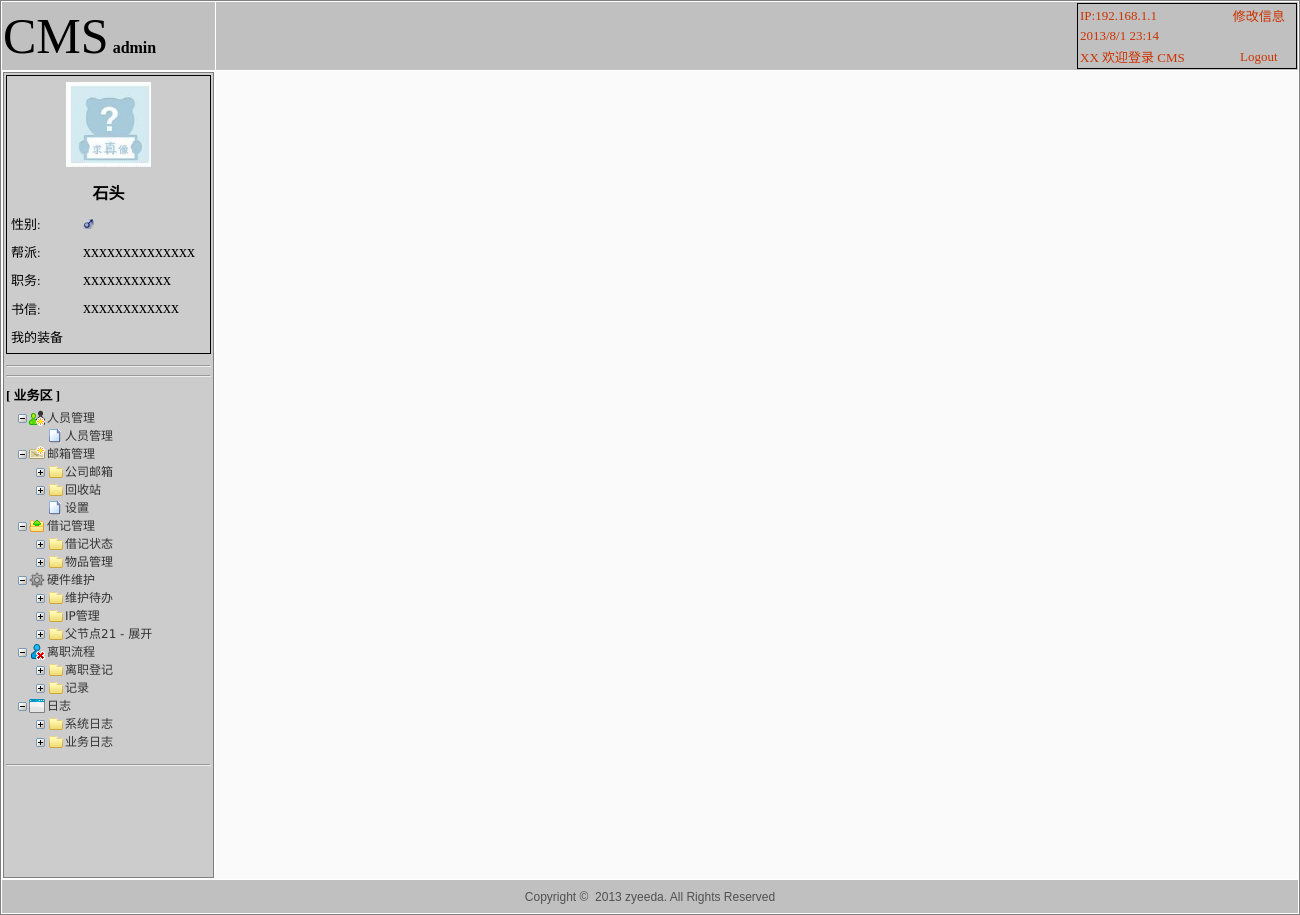
Repository: 728064001/MyProject
Page: http://localhost/CMS/admin.jsp
An editor plug-in stored every save of this project. The page is shown before and after the next save, followed by the edit.
The browser window is 1280 px wide. The page is 1300 px wide, so the pictures cover 1300 px, including what lies to the right of the window. The pictures show the whole page.
The page is served by Tomcat 9. Other server files are loaded and not shown.

Above is the page before, as saved 2013-08-02 08:51:42.

### cms-server-code/CMS/WebRoot/admin.jsp
<%@ page language="java" import="java.util.*" pageEncoding="UTF-8"%>
<%
String path = request.getContextPath();
String basePath = request.getScheme()+"://"+request.getServerName()+":"+request.getServerPort()+path+"/";
%>

<!DOCTYPE HTML PUBLIC "-//W3C//DTD HTML 4.01 Transitional//EN">
<html>
  <head>
    <base href="<%=basePath%>">

    <title>cms admin</title>

	<meta http-equiv="pragma" content="no-cache">
	<meta http-equiv="cache-control" content="no-cache">
	<meta http-equiv="expires" content="0">
	<meta http-equiv="keywords" content="keyword1,keyword2,keyword3">
	<meta http-equiv="description" content="This is my page">
	<!--
	<link rel="stylesheet" type="text/css" href="styles.css">
	-->
	<link rel="stylesheet" href="css/zTreeStyle/zTreeStyle.css" />
	<link rel="stylesheet" href="css/admin.css" />
	<script type="text/javascript" src="js/jquery-1.10.1.js"></script>
	<script type="text/javascript" src="js/jquery.ztree.core-3.5.js"></script>
	<script type="text/javascript" src="js/jquery.ztree.excheck-3.5.js"></script>
	<script type="text/javascript" src="js/jquery.ztree.exedit-3.5.js"></script>
	<script type="text/javascript" src="js/admin.js"></script>
</head>

<body>
<table align="center" cellspacing="1" class="admin-main-tab-style" style="width: 1300px; height: 900px">
	<tr bgcolor="#C0C0C0">
		<td class="admin-main-tab-td-style" style="height: 17px; width: 211px">
		<span class="admin-main-tab-td-logo-style">CMS</span> <span class="admin-main-tab-td-admins-style"><strong>admin</strong></span></td>
		<td class="admin-child-tab-td-null-style" style="height: 17px">
		<table cellspacing="1" class="admin-child-tab-style" style="width: 220px; height: 100%">
			<tr>
				<td>IP:192.168.1.1</td>
				<td class="admin-child-tab-td-welcome-style">修改信息</td>
			</tr>
			<tr>
				<td>2013/8/1 23:14</td>
				<td>&nbsp;</td>
			</tr>
			<tr>
				<td>XX 欢迎登录 CMS</td>
				<td class="admin-child-tab-td-welcome-style">Logout</td>
			</tr>
		</table>
		</td>
	</tr>
	<tr>
		<td style="width: 211px; height: 808px;" align="left" valign="top">
		<table cellspacing="1" class="style8" style="width: 100%; height: 100%">
			<tr>
				<td align="left" style="height: 281px" valign="top">
				<table cellspacing="1" class="style9" style="width: 100%; height: 100%">
					<tr>
						<td class="admin-child-tab-td-welcome-style" style="height: 95px">
						<img src="image/userimage.jpg" height="85" width="85" /></td>
					</tr>
					<tr>
						<td align="left" valign="top">
						<table cellspacing="1" style="width: 100%; height: 100%">
							<tr>
								<td class="admin-child-tab-td-welcome-style" colspan="2"><strong>石头</strong></td>
							</tr>
							<tr>
								<td class="admin-main-tab-style0" style="width: 69px">性别:</td>
								<td>
								<img alt="" height="11" src="image/male.gif" width="11" /></td>
							</tr>
							<tr>
								<td class="admin-main-tab-style0" style="width: 69px">帮派:</td>
								<td>xxxxxxxxxxxxxx</td>
							</tr>
							<tr>
								<td class="admin-main-tab-style0" style="width: 69px">职务:</td>
								<td>xxxxxxxxxxx</td>
							</tr>
							<tr>
								<td class="admin-main-tab-style0" style="width: 69px">书信:</td>
								<td>xxxxxxxxxxxx</td>
							</tr>
							<tr>
								<td class="admin-main-tab-style0" style="width: 69px">我的装备</td>
								<td>&nbsp;</td>
							</tr>
						</table>
						</td>
					</tr>
				</table>
				</td>
			</tr>
			<tr>
				<td align="left" valign="top">
				<hr /><hr/>
				<strong><span class="admin-main-tab-style1">[ 业务区 ]<br/>
				<!--tree-->
				</span></strong>
				<div>
				<ul id="treeDemo" class="ztree"></ul></div>
				<hr/>
				</td>
			</tr>
		</table>
		</td>
		<td style="height: 808px" bgcolor="#FAFAFA" align="left" valign="top">
		<!--业务工作区-->
		<!--人员信息-->
		<div id="personinfo" style="position: absolute; width: 1080px; height: 808px; z-index: 1">
			<table cellspacing="1" class="admin-main-tab-admin-child-tab-td-null-style" style="width: 100%; height: 100%">
				<tr>
					<td bgcolor="#808080" style="height: 20px">
					<table cellpadding="0" cellspacing="0" style="width: 100%; height: 100%">
						<tr>
							<td>&nbsp;<strong><span class="admin-main-tab-admin-main-tab-td-logo-style">人员信息&nbsp;</span></strong></td>
							<td class="admin-child-tab-td-null-style">
							<img id="personinfo_close_image" alt="" height="23" src="image/personinfo_close.png" width="26" /></td>
						</tr>
					</table>
					</td>
				</tr>
				<tr>
					<td style="height: 33px"><span class="admin-main-tab-style1">UUID</span>:<input name="Text1" type="text" style="width: 81px" />
					<span class="admin-main-tab-style1">姓名</span>:<input name="Text2" type="text" style="width: 59px" />&nbsp;<span class="admin-main-tab-style1">性别</span>:<select name="Select1">
						<option value="--">--</option>
						<option value="女">女</option>
						<option value="男">男</option>
						</select>&nbsp;<span class="admin-main-tab-style1">公司</span>:<select name="Select2" style="width: 65px">
						<option value="--">--</option>
						<option value="女">女</option>
						<option value="男">男</option>
						</select>&nbsp;<span class="admin-main-tab-style1">部门:</span><select name="Select3" style="width: 65px">
						<option value="--">--</option>
						<option value="女">女</option>
						<option value="男">男</option>
						</select>&nbsp;<span class="admin-main-tab-style1">职位</span>:<select name="Select4" style="width: 65px">
						<option value="--">--</option>
						<option value="女">女</option>
						<option value="男">男</option>
						</select>&nbsp;&nbsp;<span class="admin-main-tab-style1">
					身份证:</span><input name="Text7" type="text" style="width: 145px" />
					<span class="admin-main-tab-style1">电话:</span><input name="Text8" type="text" style="width: 81px" />&nbsp;&nbsp;&nbsp;<input name="search" id="search" type="button" value="查找" style="width: 63px" /></td>
				</tr>
				<tr>
					<td align="left" valign="top">&nbsp;&nbsp;&nbsp; &nbsp;<img alt="" height="18" src="image/addperson.png" width="18" /><span class="admin-main-tab-admin-main-tab-td-admins-style">添加人员&nbsp;&nbsp;&nbsp;&nbsp;&nbsp;&nbsp;&nbsp;&nbsp;&nbsp;&nbsp;
					</span>
					<img alt="" class="admin-main-tab-admin-main-tab-td-admins-style" height="19" src="image/delperson.png" width="16" /><span class="admin-main-tab-admin-main-tab-td-admins-style">删除人员&nbsp;&nbsp;&nbsp;&nbsp;&nbsp;&nbsp;&nbsp;
					</span>
					<img alt="" class="admin-main-tab-admin-main-tab-td-admins-style" height="17" src="image/modifiyperson.png" width="18" /><span class="admin-main-tab-admin-main-tab-td-admins-style">修改人员信息</span><hr style="height: -12px"/>

					</td>
				</tr>
			</table>
		</div>
		<!---->
		</td>
	</tr>
	<tr bgcolor="#C0C0C0">
		<td style="height: 33px;" class="admin-child-tab-td-welcome-style" colspan="2">
		<span style="color: rgb(81, 81, 81); font-family: Arial; font-size: 12px; font-style: normal; font-variant: normal; font-weight: normal; letter-spacing: normal; line-height: 24px; orphans: 2; text-align: center; text-indent: 0px; text-transform: none; white-space: normal; widows: 2; word-spacing: 0px; -webkit-text-size-adjust: auto; -webkit-text-stroke-width: 0px; display: inline !important; float: none;">
		Copyright ©&nbsp; 2013 zyeeda. All Rights Reserved</span></td>
	</tr>
</table>
</body>

</html>

### cms-server-code/CMS/WebRoot/css/zTreeStyle/zTreeStyle.css
/*-------------------------------------
zTree Style

version:	3.4
author:		Hunter.z
email:		hunter.z@263.net
website:	http://code.google.com/p/jquerytree/

-------------------------------------*/

.ztree * {padding:0; margin:0; font-size:12px; font-family: Verdana, Arial, Helvetica, AppleGothic, sans-serif}
.ztree {margin:0; padding:5px; color:#333}
.ztree li{padding:0; margin:0; list-style:none; line-height:14px; text-align:left; white-space:nowrap; outline:0}
.ztree li ul{ margin:0; padding:0 0 0 18px}
.ztree li ul.line{ background:url(./img/line_conn.gif) 0 0 repeat-y;}

.ztree li a {padding:1px 3px 0 0; margin:0; cursor:pointer; height:17px; color:#333; background-color: transparent;
	text-decoration:none; vertical-align:top; display: inline-block}
.ztree li a:hover {text-decoration:underline}
.ztree li a.curSelectedNode {padding-top:0px; background-color:#FFE6B0; color:black; height:16px; border:1px #FFB951 solid; opacity:0.8;}
.ztree li a.curSelectedNode_Edit {padding-top:0px; background-color:#FFE6B0; color:black; height:16px; border:1px #FFB951 solid; opacity:0.8;}
.ztree li a.tmpTargetNode_inner {padding-top:0px; background-color:#316AC5; color:white; height:16px; border:1px #316AC5 solid;
	opacity:0.8; filter:alpha(opacity=80)}
.ztree li a.tmpTargetNode_prev {}
.ztree li a.tmpTargetNode_next {}
.ztree li a input.rename {height:14px; width:80px; padding:0; margin:0;
	font-size:12px; border:1px #7EC4CC solid; *border:0px}
.ztree li span {line-height:16px; margin-right:2px}
.ztree li span.button {line-height:0; margin:0; width:16px; height:16px; display: inline-block; vertical-align:middle;
	border:0 none; cursor: pointer;outline:none;
	background-color:transparent; background-repeat:no-repeat; background-attachment: scroll;
	background-image:url("./img/zTreeStandard.png"); *background-image:url("./img/zTreeStandard.gif")}

.ztree li span.button.chk {width:13px; height:13px; margin:0 3px 0 0; cursor: auto}
.ztree li span.button.chk.checkbox_false_full {background-position:0 0}
.ztree li span.button.chk.checkbox_false_full_focus {background-position:0 -14px}
.ztree li span.button.chk.checkbox_false_part {background-position:0 -28px}
.ztree li span.button.chk.checkbox_false_part_focus {background-position:0 -42px}
.ztree li span.button.chk.checkbox_false_disable {background-position:0 -56px}
.ztree li span.button.chk.checkbox_true_full {background-position:-14px 0}
.ztree li span.button.chk.checkbox_true_full_focus {background-position:-14px -14px}
.ztree li span.button.chk.checkbox_true_part {background-position:-14px -28px}
.ztree li span.button.chk.checkbox_true_part_focus {background-position:-14px -42px}
.ztree li span.button.chk.checkbox_true_disable {background-position:-14px -56px}
.ztree li span.button.chk.radio_false_full {background-position:-28px 0}
.ztree li span.button.chk.radio_false_full_focus {background-position:-28px -14px}
.ztree li span.button.chk.radio_false_part {background-position:-28px -28px}
.ztree li span.button.chk.radio_false_part_focus {background-position:-28px -42px}
.ztree li span.button.chk.radio_false_disable {background-position:-28px -56px}
.ztree li span.button.chk.radio_true_full {background-position:-42px 0}
.ztree li span.button.chk.radio_true_full_focus {background-position:-42px -14px}
.ztree li span.button.chk.radio_true_part {background-position:-42px -28px}
.ztree li span.button.chk.radio_true_part_focus {background-position:-42px -42px}
.ztree li span.button.chk.radio_true_disable {background-position:-42px -56px}

.ztree li span.button.switch {width:18px; height:18px}
.ztree li span.button.root_open{background-position:-92px -54px}
.ztree li span.button.root_close{background-position:-74px -54px}
.ztree li span.button.roots_open{background-position:-92px 0}
.ztree li span.button.roots_close{background-position:-74px 0}
.ztree li span.button.center_open{background-position:-92px -18px}
.ztree li span.button.center_close{background-position:-74px -18px}
.ztree li span.button.bottom_open{background-position:-92px -36px}
.ztree li span.button.bottom_close{background-position:-74px -36px}
.ztree li span.button.noline_open{background-position:-92px -72px}
.ztree li span.button.noline_close{background-position:-74px -72px}
.ztree li span.button.root_docu{ background:none;}
.ztree li span.button.roots_docu{background-position:-56px 0}
.ztree li span.button.center_docu{background-position:-56px -18px}
.ztree li span.button.bottom_docu{background-position:-56px -36px}
.ztree li span.button.noline_docu{ background:none;}

.ztree li span.button.ico_open{margin-right:2px; background-position:-110px -16px; vertical-align:top; *vertical-align:middle}
.ztree li span.button.ico_close{margin-right:2px; background-position:-110px 0; vertical-align:top; *vertical-align:middle}
.ztree li span.button.ico_docu{margin-right:2px; background-position:-110px -32px; vertical-align:top; *vertical-align:middle}
.ztree li span.button.edit {margin-right:2px; background-position:-110px -48px; vertical-align:top; *vertical-align:middle}
.ztree li span.button.remove {margin-right:2px; background-position:-110px -64px; vertical-align:top; *vertical-align:middle}

.ztree li span.button.ico_loading{margin-right:2px; background:url(./img/loading.gif) no-repeat scroll 0 0 transparent; vertical-align:top; *vertical-align:middle}

ul.tmpTargetzTree {background-color:#FFE6B0; opacity:0.8; filter:alpha(opacity=80)}

span.tmpzTreeMove_arrow {width:16px; height:16px; display: inline-block; padding:0; margin:2px 0 0 1px; border:0 none; position:absolute;
	background-color:transparent; background-repeat:no-repeat; background-attachment: scroll;
	background-position:-110px -80px; background-image:url("./img/zTreeStandard.png"); *background-image:url("./img/zTreeStandard.gif")}

ul.ztree.zTreeDragUL {margin:0; padding:0; position:absolute; width:auto; height:auto;overflow:hidden; background-color:#cfcfcf; border:1px #00B83F dotted; opacity:0.8; filter:alpha(opacity=80)}
.zTreeMask {z-index:10000; background-color:#cfcfcf; opacity:0.0; filter:alpha(opacity=0); position:absolute}

/* level style*/
/*.ztree li span.button.level0 {
	display:none;
}
.ztree li ul.level0 {
	padding:0;
	background:none;
}*/

### cms-server-code/CMS/WebRoot/css/admin.css
@CHARSET "UTF-8";
body{
 margin:0;
 padding:0;
}
.admin-main-tab-style {
	border-style: solid;
	border-width: 1px;
 margin:0,auto;
}
.admin-child-tab-td-null-style {
	text-align: right;
}
.admin-main-tab-td-logo-style {
	font-family: 华文琥珀;
	font-size: 50px;
}
.admin-main-tab-td-admins-style {
	font-size: medium;
}
.admin-main-tab-td-style {
	text-align: left;
}
.admin-child-tab-style {
	border: 1px solid #000000;
	float:right;
	margin-left: 185px;
	color: #CC3300;
	font-size: small;
}
.admin-child-tab-td-welcome-style {
	text-align: center;
}
.style8 {
	border-style: solid;
	border-width: 1px;
	background-color: #CCCCCC;
}
.style9 {
	border: 1px solid #000000;
}
.admin-main-tab-style0 {
	font-family: 新宋体;
	font-size: small;
}
.admin-main-tab-style1 {
	font-size: small;
}
.admin-main-tab-admin-child-tab-td-null-style {
	border: 1px solid #515151;
}
.admin-main-tab-admin-main-tab-td-logo-style {
	font-size: small;
	font-family: 黑体;
}
.admin-main-tab-admin-main-tab-td-admins-style {
	font-size: small;
	font-family: 华文细黑;
	 line-height:32px;
}

### cms-server-code/CMS/WebRoot/js/admin.js
//载入时
$(function(){
	//页面打开时不显示人员信息窗口；
	$("#personinfo").hide();

	$("#personinfo_close_image").click(function(){
		$("#personinfo").hide(); //点击关闭按钮时，隐藏人员信息窗口；
	});
});

//tree 的数据结构-------------------------------------------------------------
var setting = {
			view:{
				showLine:false
			},
			data: {
				simpleData: {
					enable: true
				}
			}
		};
var zNodes =[
			{ name:"人员管理", open:true,iconOpen:"image/treeimage/person_open.png",iconClose:"image/treeimage/person_close.png",
				children: [
					{ name:"人员管理", isParent:false, "click":"personinfo_click();"}
				]},
			{ name:"邮箱管理",open:true,iconOpen:"image/treeimage/mail_open.png",iconClose:"image/treeimage/mail_close.png",

				children: [
					{ name:"公司邮箱",
						children: [
							{ name:"邮箱信息"},
							{ name:"待办项"}
					]},
					{ name:"回收站",
						children: [
							{ name:"已删除的邮箱"}
					]},
					{ name:"设置", isParent:false}
				]},
			{ name:"借记管理", open:true,iconOpen:"image/treeimage/borrow_open.png",iconClose:"image/treeimage/borrow_close.png",

				children:[
					{ name:"借记状态",
						children: [
							{ name:"图书借记状态"},
							{ name:"电子用品借记状态"},
							{ name:"历史记录"}
					]},
					{ name:"物品管理",
						children: [
							{ name:"图书管理"},
							{ name:"电子用品管理"},
							{ name:"借用授权"}
					]}
				]
			},
			{ name:"硬件维护", open:true,iconOpen:"image/treeimage/hardwaremaintenance_open.png",iconClose:"image/treeimage/hardwaremaintenance_close.png",

				children:[
					{ name:"维护待办",
						children: [
							{ name:"待办项"},
							{ name:"记录"}
					]},
					{ name:"IP管理",
						children: [
							{ name:"IP信息表"},
							{ name:"叶子节点212"},
							{ name:"叶子节点213"},
							{ name:"叶子节点214"}
					]},
					{ name:"父节点21 - 展开",
						children: [
							{ name:"叶子节点211"},
							{ name:"叶子节点212"},
							{ name:"叶子节点213"},
							{ name:"叶子节点214"}
					]}
				]
			},
			{ name:"离职流程",  open:true,iconOpen:"image/treeimage/resignation_open.png",iconClose:"image/treeimage/resignation_close.png",

				children:[
					{ name:"离职登记",
						children: [
							{ name:"登记"}
					]},
					{ name:"记录",
						children: [
							{ name:"已离职信息"}
					]}
				]
			},
			{ name:"日志", open:true,iconOpen:"image/treeimage/log_open.png",iconClose:"image/treeimage/log_close.png",

				children:[
					{ name:"系统日志",
						children: [
							{ name:"系统日志"}
					]},
					{ name:"业务日志",
						children: [
							{ name:"业务日志"}
					]}
				]
			}
		];
//tree 数据结构-----------------------^^^^^^^^^^^^---------------------------------
//tree 事件-------------------------------------------------------------------------
	function personinfo_click(){
			$("#personinfo").show(); //tree 事件 显示人员信息窗口
	}
//tree 事件-------------------------^^^^^^^^^^^^^^------------------------------
		$(function(){
			$.fn.zTree.init($("#treeDemo"),setting,zNodes);
		});

Loaded but not shown: cms-server-code/CMS/WebRoot/js/jquery-1.10.1.js (library); cms-server-code/CMS/WebRoot/js/jquery.ztree.core-3.5.js (library); cms-server-code/CMS/WebRoot/js/jquery.ztree.excheck-3.5.js (library); cms-server-code/CMS/WebRoot/js/jquery.ztree.exedit-3.5.js (library)

After the next save:
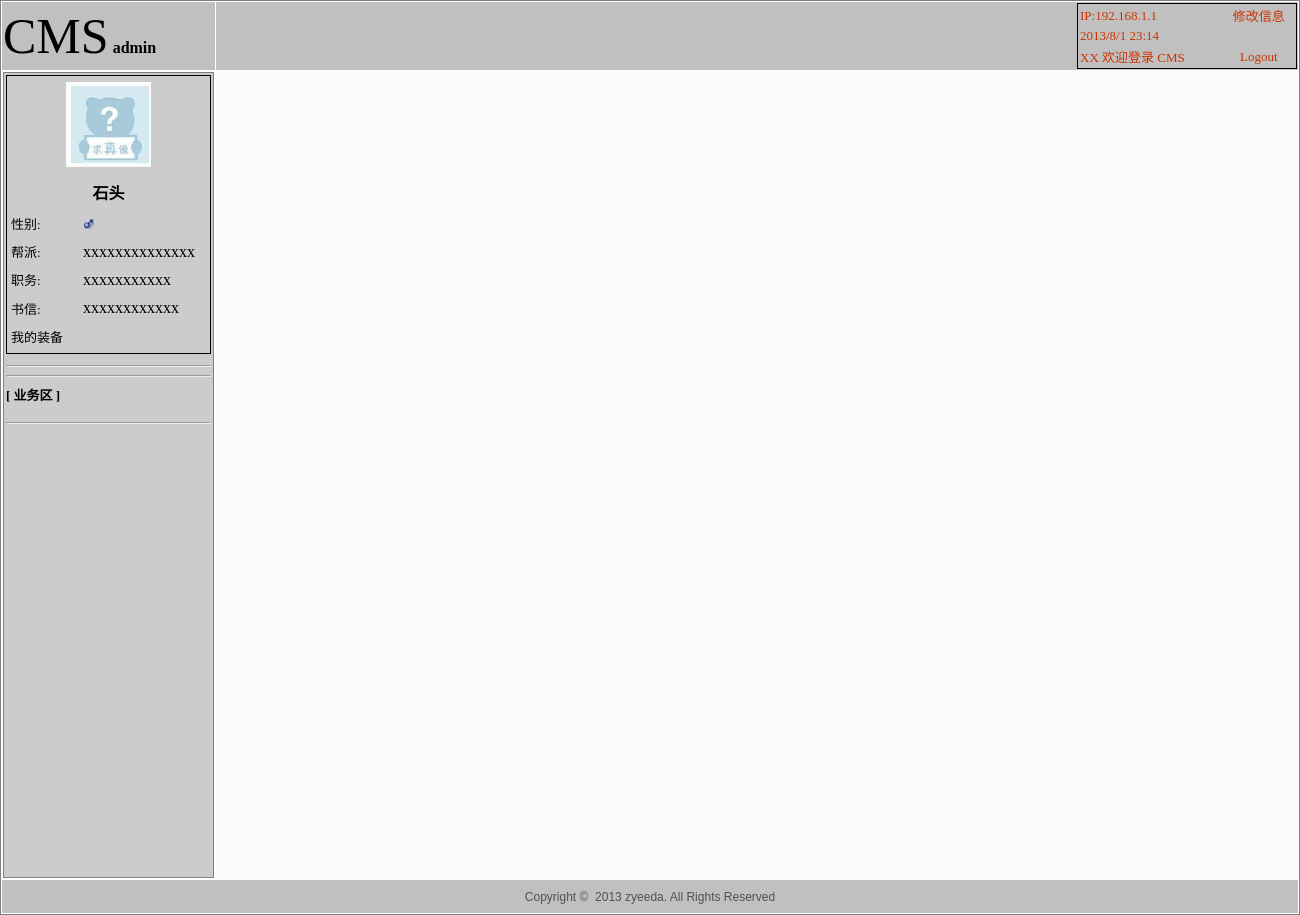
Console error: ReferenceError: returnCDP is not defined
Saved 44 min 0 s later.
--- a/cms-server-code/CMS/WebRoot/js/admin.js
+++ b/cms-server-code/CMS/WebRoot/js/admin.js
@@ -2,6 +2,10 @@
 $(function(){
 	//页面打开时不显示人员信息窗口；
 	$("#personinfo").hide();
+
+	//DOM载入之后调用returnCDP()方法;
+	returnCDP();
+
 
 	$("#personinfo_close_image").click(function(){
 		$("#personinfo").hide(); //点击关闭按钮时，隐藏人员信息窗口；

After the 3 saves that followed:
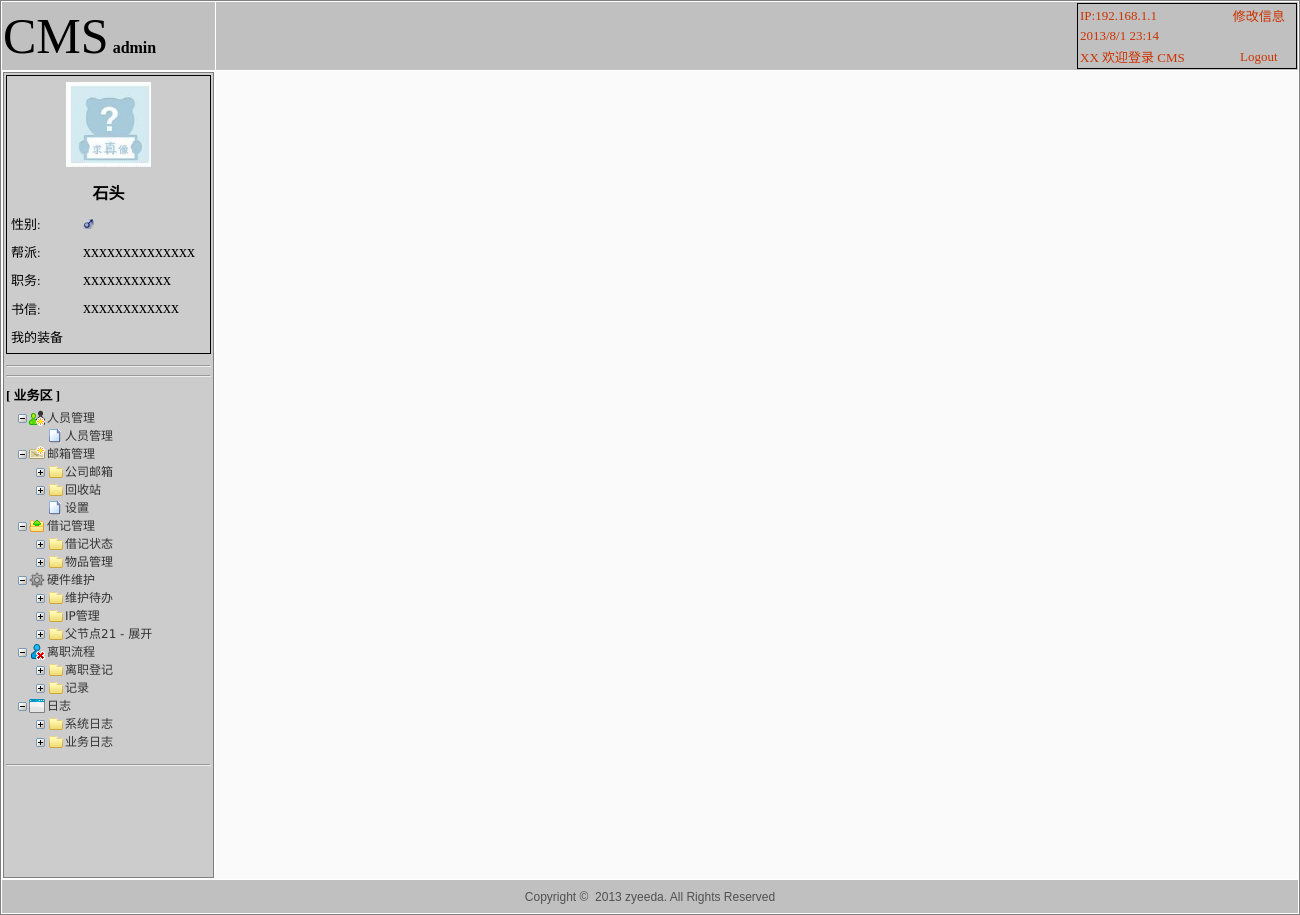
The error is gone.
The 3 saves are shown as one change because 1 left the picture as it was and some came seconds apart.
The last was saved 67 s later.
--- a/cms-server-code/CMS/WebRoot/js/admin.js
+++ b/cms-server-code/CMS/WebRoot/js/admin.js
@@ -11,6 +11,11 @@
 		$("#personinfo").hide(); //点击关闭按钮时，隐藏人员信息窗口；
 	});
 });
+
+//从servlet端获取公司、部门、职位 的一组JSON
+	function returnCDP(){
+
+	}
 
 //tree 的数据结构-------------------------------------------------------------
 var setting = {
